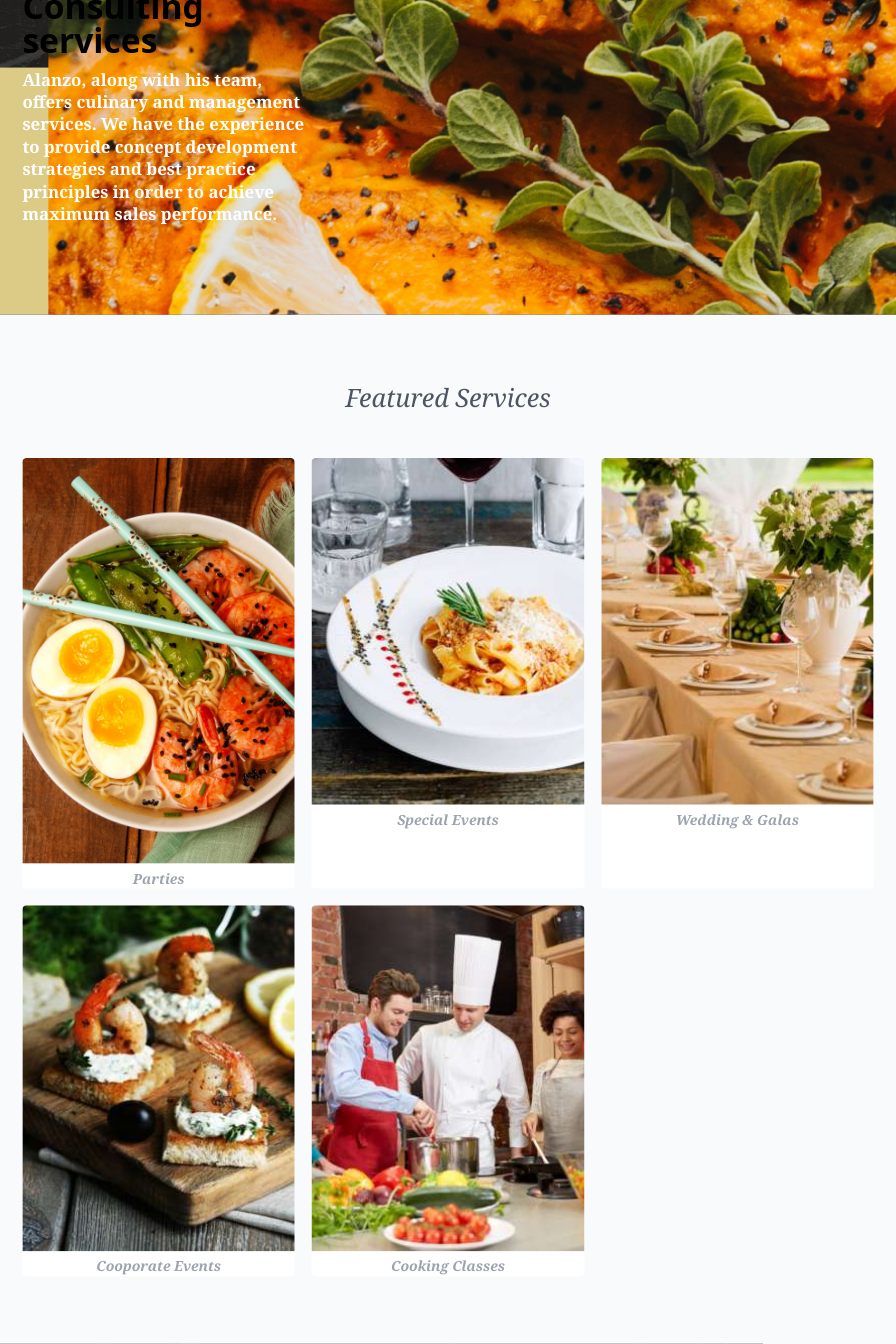
Repository: remydev47/alanzo
Page: /
The author's editor kept a copy of each file at every save. The page is drawn from the files as they stood at one save, then again after the next save.
The browser window is 1280 px wide. The pictures show the part of the page from y = 2185 to 4105 px (the page is 4105 px tall before and 4022 px after), at 70% of full size.
The project was rebuilt for these pictures with package versions that can differ from the ones it lists, and the page was loaded fresh each time. The framework's server and built-in components were replaced by stand-ins that run in the browser. Also part of the build but not shown: next.config.js, components/Menu.tsx, components/Testimonials.tsx, components/CTA.tsx, components/Footer.tsx.

Above is the page before, as saved 2022-12-17 13:11:54.

### pages/_app.tsx
import '../styles/globals.css'
import type { AppProps } from 'next/app'
import Navbar from '../components/Navbar'

function MyApp({ Component, pageProps }: AppProps) {
  return (
    <>

      <Component {...pageProps} />
    </>
  )
}

export default MyApp

### pages/index.tsx
import type { NextPage } from 'next'
import Head from 'next/head'
import Image from 'next/image'
import { Aboutus, Catering, Consulting, Hero, Services } from '../components'
import Navbar from '../components/Navbar'


const Home: NextPage = () => {
  return (
    <div className="bg-[url('/images/bg_2.jpg')]">
      <Head>
        <title>Avantos</title>
        <link rel="icon" href="/favicon.ico" />
      </Head>
      <Navbar />
      <Hero />
      <Services />
      <Aboutus />
      <Consulting />
      <Catering/>

    </div>
  )
}

export default Home

### components/index.ts
import Hero from "./Hero";
import Services from "./Services";
import Aboutus from "./Aboutus";
import Consulting from "./Consulting";
import Catering from "./Catering";
import Menu from "./Menu";
import Testimonials from "./Testimonials";
import CTA from "./CTA";
import Footer from "./Footer";

export {
    Hero, Services, CTA, Catering, Consulting, Footer, Menu, Aboutus, Testimonials
}

### components/Navbar.tsx
import React from 'react';
import { navLinks } from '../constants';
import Menupopover from './Menupopover';
import Image from 'next/image';
import Logo from './Logo';
import { Button } from './Button';

const Navbar = () => {
  return (
    <header className="fixed inset-x-0 bg-[url('/images/bg_2.jpg')] z-20 flex justify-between items-center py-2 px-2 shadow-lg dark:bg-slate-900 sm:py-3 sm:px-8">
            <div className='flex grow-0 basis-1/3 md:hidden'>
                <Menupopover />
            </div>

             <div className='flex grow-0 ml-2 justify-center md:justify-start'>
                <Logo />

            </div>


            <ul className="list-none sm:flex hidden justify-end items-center flex-1">
            {navLinks.map((nav, index) => (
                <li
                key={nav.id}
                className={`font-bold cursor-pointer text-[16px]
                   ${index === navLinks.length - 1 ? 'mr-0' : 'mr-10'}
                  text-white `}
                >
                    <a>{nav.title}</a>
                </li>
            ))}
           </ul>


        </header>
  )
}

export default Navbar

### components/Hero.tsx
import React from 'react'

const Hero = () => {
  return (
    <section className='relative pt-48 pb-12 xl:pt-60 sm:pb-16 lg:pb-32 xl:pb-48 2xl:pb-56'>
    <div className="absolute inset-0">
     <img className="object-cover w-full h-full" src="/images/hero.jpg" alt="" />
    </div>
   <div className='relative'>
    <div className="px-6 mx-auto sm:px-8 lg:px-12 max-w-7xl">
      <div className="w-full lg:w-2/3 xl:w-1/2">
        <h1 className="font-serif text-xl font-bold tracking-tight text-white text-opacity-70 text-center">Proffesional Catering Services</h1>
        <p className="mt-6 tracking-tighter text-[#656b72]">
          <span className="font-sans font-bold text-6xl">WELCOME TO OUR </span><br />
          <span className="font-serif italic font-BOLD text-7xl">WORLD CLASS CHEF</span>
        </p>
        <p className="mt-8 font-erif text-xl font-serif text-[#fff]">
          Hiring A Proffesional Chef for Family Dinners & Gatherings, Date Nights & Branchs, Parties & Get-togethers, and even Meal for entire Families !
        </p>
      </div>
    </div>
   </div>
  </section>
  )
}

export default Hero

### components/Services.tsx
import React from 'react'
import styles from '../styles'

const Services = () => {
  return (
    <section className={`${styles.paddings} bg-[url('/images/bg_2.jpg')] sm:py-16 lg:py-24`}>
      <div className="px-4 mx-auto max-w-7xl sm:px-6 lg:px-8">
       <div className="max-w-2xl mx-auto text-center">
        <h2 className="text-xl font-bold font-serif leading-tight text-white lg:text-3xl">What We Offer</h2>
       </div>

       <div className="grid max-w-md grid-cols-1 gap-6 mx-auto mt-8 text-center lg:max-w-full lg:mt-16 lg:grid-cols-3">

        <div className="overflow-hidden bg-[url('/images/bg-3.jpg')] shadow-xl border-gray-300 rounded-md">
          <div className="p-8 xl:px-12 flex flex-col items-center justify-center">
             <div className='flex flex-col'>
               <h1 className='text-3xl font-semibold text-[#fff]'>Catering Services</h1>
             </div>
             <h2 className='font-normal text-xl font-serif text-black text-center mt-2'>
               Wouldn't you Like to be a Guest at your own Party !
             </h2>
             <p className='text-xl text-black text-center font-bold'>
               MON-FRI: 08:00-21:00
             </p>
             <p className='text-xl text-gray-500 text-center font-bold'>
               SAT-SUN: 10:00-17:00
             </p>
          </div>
        </div>

        <div className="overflow-hidden bg-[url('/images/bg-4.jpg')] shadow-xl border-gray-300 rounded-md">
          <div className="p-8 xl:px-12 flex flex-col items-center justify-center">
             <div className='flex flex-col'>
               <h1 className='text-3xl font-semibold text-[#fff]'>Table Ready Meals</h1>
             </div>
             <h2 className='font-normal text-xl font-serif text-black text-center mt-2'>
               Are You Busy To Cook ? Give Us A Call
             </h2>
             <p className='text-xl text-black text-center font-bold'>
               MON-FRI: 08:00-21:00
             </p>
             <p className='text-xl text-gray-500 text-center font-bold'>
               SAT-SUN: 10:00-17:00
             </p>
          </div>
        </div>

        <div className="overflow-hidden bg-[url('/images/bg-5.jpg')] shadow-xl border-gray-300 rounded-md">
          <div className="p-8 xl:px-12 flex flex-col items-center justify-center">
             <div className='flex flex-col'>
               <h1 className='text-3xl font-semibold text-[#fff]'>Services Menu</h1>
             </div>
             <h2 className='font-normal text-xl font-serif text-black text-center mt-2'>
               Look at Our Serviced Menu !
             </h2>
             <p className='text-xl text-black text-center font-bold'>
               MON-FRI: 08:00-21:00
             </p>
             <p className='text-xl text-gray-500 text-center font-bold'>
               SAT-SUN: 10:00-17:00
             </p>
          </div>
        </div>



       </div>
      </div>
    </section>
  )
}

export default Services

### components/Aboutus.tsx
import React from 'react'

const Aboutus = () => {
  return (
    <section className="py-6 bg-[#fff] sm:py-16 lg:py-24">
      <div className="max-w-5xl px-4 mx-auto sm:px-6 lg:px-8">
       <div className="grid items-center grid-cols-1 gap-y-6 md:grid-cols-2 md:gap-x-20">
          <div className="">
                <h1 className='text-4xl font-semibold text-black text-center'>EXPERIENCE THE SUBLIME!</h1>
                <h2 className="text-4xl font-bold leading-tight text-black sm:text-4xl lg:text-4xl">
                  <img src='/images/spoon.png' />
                </h2>
                <p className="mt-4 text-base font-serif leading-relaxed text-gray-600 font-semibold">
                 Chef Alanzo prepares and serves exquisite dinners to parties from two to 200 at your home, business or private catering event. His blend of French-Mediterranean cuisine draws on a lifetime of skills and the knowledge that all meals, no matter how large or how small, are special events among family and friends
                </p>
          </div>
          <div className=" pl-20 pr-6 sm:pl-6 md:px-0">
                <div className="relative w-full max-w-xs mt-4 mb-10 ml-auto">
                 <img className="relative -top-4 -left-4" src="/images/bg-8.png" alt="" />



                    <div className="absolute -bottom-10 -left-16 m-2">


                          <div className="px-8 py-8 bg-[url('/images/bg_2.jpg')]">
                               <span className="block text-4xl font-bold text-yellow-500 lg:text-5xl"> 50+ </span>
                                <span className="block mt-2 text-base leading-tight text-yellow-500"> Team<br />Member</span>
                            </div>
                    </div>
                </div>
            </div>
       </div>
      </div>
    </section>
  )
}

export default Aboutus

### components/Consulting.tsx
import React from 'react'
import { conLinks } from '../constants'

const Consulting = () => {
  return (
    <section className="mt-16 relative py-10 overflow-hidden sm:py-16 lg:py-24 xl:py-32">
    <div className="absolute inset-0">
      <img className="object-cover w-full h-full md:object-left md:scale-150 md:origin-top-left" src="/images/welcome.png" alt="" />
   </div>
  <div className="relative px-4 mx-auto sm:px-6 lg:px-8 max-w-7xl">
     <div className="text-center md:w-2/3 lg:w-1/2 xl:w-1/3 md:text-left">
         <h2 className="text-3xl font-bold leading-tight text-black sm:text-4xl lg:text-5xl">Restaurant Consulting services</h2>
         <p className="mt-4 text-2xl text-[#fff] font-serif font-semibold">
          Alanzo, along with his team, offers culinary and management services. We have the experience to provide concept development strategies and best practice principles in order to achieve maximum sales performance.
         </p>
      </div>


  </div>
  </section>
  )
}

export default Consulting

### components/Catering.tsx
import React from 'react'

const services=[
  {
    image:'/images/4.png',
    title:'Parties',
    description:'',
  },
  {
    image:'/images/7.jpg',
    title:'Special Events',
    description:'',
  },
  {
    image:'/images/6.jpg',
    title:'Wedding & Galas',
    description:'',
  },
  {
    image:'/images/5.jpg',
    title:'Cooporate Events',
    description:'',
  },
  {
    image:'/images/8.jpg',
    title:'Cooking Classes',
    description:'',
  },
]

const Catering = () => {
  return (
    <section className="bg-gray-50 sm:py-16 lg:py-24">
      <div className="px-4 mx-auto max-w-7xl sm:px-6 lg:px-8">
       <div className="max-w-2xl mx-auto text-center">
        <h2 className="italic font-serif text-4xl leading-tight text-gray-600">Featured Services</h2>
       </div>
       <div className="grid max-w-md grid-cols-1 gap-6 mx-auto mt-8 text-center lg:max-w-full lg:mt-16 lg:grid-cols-3">
        {services.map((item, i) => (
          <div className="overflow-hidden bg-white border-gray-300 rounded-md">
            <div className="flex flex-col items-center justify-center">

              <img
               src={item.image}
               className="w-full"
             />

             <h2 className='font-bold font-serif text-xl text-gray-400 italic text-center mt-2'>
               {item.title}
             </h2>
             <p className='text-xl font-serif text-gray-300 text-center '>
              {item.description}
             </p>
            </div>
          </div>
        ))}
       </div>


      </div>
    </section>
  )
}

export default Catering

### constants/index.ts
export const navLinks =[
    {
        id:"menu",
        title:"MENU",
    },
    {
        id:"services",
        title:"SERVICES",
    },
    {
        id:"privatechef",
        title:"PRIVATE CHEF",
    },
    {
        id:"catering",
        title:"CATERING",
    },
    {
        id:"aboutus",
        title:"ABOUT",
    },
    {
        id:"contacts",
        title:"CONTACTS",
    },
]

export const conLinks =[
    {
        id:"discover",
        title:'DISCOVER',
    },
    {
        id:"plan",
        title:'PLAN',
    },
    {
        id:"design",
        title:'DESIGN',
    },
    {
        id:"organise",
        title:'ORGANISE',
    },
    {
        id:"grow",
        title:'GROW',
    },
]

### components/Menupopover.tsx
import React, {useState, Fragment} from 'react';
import { navLinks } from '../constants';
import { IconButton, Button } from './Button';
import { Transition, Dialog } from '@headlessui/react';
import Logo from './Logo';
import Image from 'next/image';

const Menupopover = () => {
  const [isOpen, setIsOpen] = useState(false)

  return (
    <div>
    <IconButton
      variant='ghost'
      aria-label='menu'
      onClick={() => setIsOpen(!isOpen)}
    >
      <svg className='w-6 h-6 ' fill='none' stroke='currentColor'>
        <path
          strokeLinecap='round'
          strokeLinejoin='round'
          strokeWidth={2}
          d='M4 6h16M4 12h16M4 18h16'
        />
      </svg>
    </IconButton>
    <Transition
      show={isOpen}
      appear
      as={Fragment}
      enter='transform transition ease-in-out duration-300'
      enterFrom='-translate-x-full'
      enterTo='translate-x-0'
      leave='transform transition ease-in-out duration-300 delay-200'
      leaveFrom='translate-x-0'
      leaveTo='-translate-x-full'
     >
     <Dialog
       as='div'
       className={`fixed inset-0 z-50`}
       onClose={setIsOpen}
       open={isOpen}
       >
       <Transition.Child
         as={Fragment}
         enter='ease-out duration-300 delay-300'
         enterFrom='opacity-0'
         enterTo='opacity-100'
         leave='ease-in duration-200'
         leaveFrom='opacity-100'
         leaveTo='opacity-0'
       >

        <Dialog.Overlay
          className={`fixed inset-0 bg-black/20 backdrop-blur-sm dark:bg-gray-900/80`}
         />
      </Transition.Child>
       <div className={styles.dialogcontainer}>
        <a className='mx-auto mt-4 flex w-[140px] '>
          <Logo />
        </a>
        <ul
            className={styles.navWrapper2}
         >
            {navLinks.map((nav, index) => (
                <li
                 key={nav.id}
                 className={` font-bold cursor-pointer text-[16px]
                  mt-2 border-t border-slate-200 py-4 dark:border-slate-600
                  ${index === navLinks.length - 1 ? 'mr-0' : 'mb-4'}
                  text-white `}
                >
                 <a href={`#${nav.id}`}>
                    {nav.title}
                 </a>
                </li>
             ))}
         </ul>

        <IconButton
          variant='ghost'
          aria-label='close menu'
          className='absolute top-5 right-5'
          onClick={() => setIsOpen(false)}
        >
          <svg
            viewBox='0 0 10 10'
            className='h-2.5 w-2.5 overflow-visible'
            aria-hidden='true'
          >
            <path
                d='M0 0L10 10M10 0L0 10'
                fill='none'
                stroke='currentColor'
                strokeWidth='2'
                strokeLinecap='round'
              />
          </svg>
        </IconButton>
       </div>
     </Dialog>
    </Transition>
  </div>
  )
}

export default Menupopover;

const styles ={
  dialogcontainer:`fixed top-0 bottom-0 left-0 w-full max-w-xs rounded-r-xl bg-[url('/images/bg_2.jpg')]  p-6 shadow-lg dark:bg-gray-800`,
  menuitems:`group relative flex h-9 items-center oveflow-hidden rounded-md hover:bg-slate-200/50`,
  navWrapper2:`list-none flex flex-col justify-end items-center flex-1`,
}

### components/Logo.tsx
import React from 'react'
import Image from 'next/image'

const Logo = () => {
  return (
    <div>
      <Image
        src='/images/logo.png'
        alt='Alanzo'
        height={60}
        width={150}
      />
    </div>
  )
}

export default Logo

### styles/index.ts
const styles = {
    innerWidth: '2xl:max-w-[1280px] w-full',
    interWidth: 'lg:w-[80%] w-[100%]',

    paddings: 'sm:p-16 xs:p-8 px-6 py-12',
    yPaddings: 'sm:py-16 xs:py-8 py-12',
    xPaddings: 'sm:px-16 px-6',
    topPaddings: 'sm:pt-16 xs:pt-8 pt-12',
    bottomPaddings: 'sm:pb-16 xs:pb-8 pb-12',

    flexCenter: 'flex justify-center items-center',
    flexStart: 'flex justify-start items-start',
    flexEnd: 'flex justify-end',
    navPadding: 'pt-[98px]',

    // hero section
    heroHeading:
        'font-bold lg:text-[144px] md:text-[100px] sm:text-[60px] text-[44px] lg:leading-[158.4px] md:leading-[114.4px] sm:leading-[74.4px] leading-[64.4px] uppercase text-white',
    heroDText:
        'md:w-[212px] sm:w-[80px] w-[60px] md:h-[108px] sm:h-[48px] h-[38px] md:border-[18px] border-[9px] rounded-r-[50px] border-white sm:mx-2 mx-[6px]',
  };

  export default styles;

### components/Button/index.tsx
import React, { forwardRef } from "react";
//import { __DEV__ } from "../../utils/assertions";

type BaseButtonProps = Omit<React.HTMLProps<HTMLButtonElement>, "size">;

/* === Button Element === */

export interface ButtonProps extends BaseButtonProps {
  children: React.ReactNode;
  fullWidth?: boolean;
  className?: string;
  variant?: "solid" | "outline" | "ghost";
  size?: "sm" | "md" | "lg";
  as?: string;
  isExternal?: boolean;
  type?: "button" | "submit" | "reset";
}

export const Button = forwardRef<HTMLButtonElement, ButtonProps>(
  (
    {
      children,
      variant = "solid",
      size = "md",
      fullWidth = false,
      className,
      as = "button",
      isExternal = false,
      ...rest
    },
    ref
  ) => {
    let tempClassNames: string[] = [];

    const sharedClasses = [
      "capitalize",
      "focus:outline-none",
      "focus:ring-2",
      "focus:ring-indigo-400",
      "focus:ring-offset-2",
      "focus:ring-offset-indigo-50",
      "font-semibold",
      "rounded-full",
      "inline-flex",
      "flex-shrink-0",
      "items-center",
      "justify-center",
      "transition-colors",
      "ease-in-out",
      "duration-500",
    ];

    if (fullWidth) sharedClasses.push("w-full");

    // handle variants
    let btnSolid = ["bg-indigo-600", "hover:bg-indigo-700", "text-white"];
    let btnOutline = [
      "dark:text-white",
      "hover:text-indigo-700",
      "hover:dark:text-indigo-700",
      "bg-transparent",
      "hover:bg-indigo-50",
      "border",
      "border-indigo-600",
    ];
    let btnGhost = [
      "bg-transparent",
      "dark:text-white",
      "hover:bg-indigo-50",
      "hover:text-indigo-700",
      "hover:dark:text-indigo-700",
    ];

    if (variant === "solid") {
      tempClassNames = [...sharedClasses, ...btnSolid];
    } else if (variant === "outline") {
      tempClassNames = [...sharedClasses, ...btnOutline];
    } else if (variant === "ghost") {
      tempClassNames = [...sharedClasses, ...btnGhost];
    }

    // handle sizes
    let sizeSm = ["h-8", "px-2", "text-sm"];
    let sizeMd = ["h-10", "px-3"];
    let sizeLg = ["h-12", "px-4", "text-lg"];

    if (size === "sm") {
      tempClassNames = [...tempClassNames, ...sizeSm];
    } else if (size === "md") {
      tempClassNames = [...tempClassNames, ...sizeMd];
    } else if (size === "lg") {
      tempClassNames = [...tempClassNames, ...sizeLg];
    }

    let classes = tempClassNames.join(" ");

    let Element = as ? (
      React.createElement(
        as,
        {
          className: `${classes} ${className}`,
          target: isExternal ? "_blank" : undefined,
          rel: isExternal ? "noopener noreferrer" : undefined,
          ref,
          ...rest,
        },
        children
      )
    ) : (
      <button {...rest} className={`${classes} ${className}`} ref={ref}>
        {children}
      </button>
    );

    return Element;
  }
);

// if (__DEV__) {
//   Button.displayName = "Button";
// }

/* === IconButton Element === */

export interface IconButtonProps extends ButtonProps {
  icon?: React.ReactElement;
  "aria-label": string;
}

export const IconButton = forwardRef<HTMLButtonElement, IconButtonProps>(
  (
    {
      children,
      icon,
      className,
      "aria-label": ariaLabel,
      size = "md",
      ...rest
    },
    ref
  ) => {
    let sharedClasses = ["rounded-full", "!px-0"];

    // handle sizes
    let sizeSm = ["w-8"];
    let sizeMd = ["w-10"];
    let sizeLg = ["w-12"];

    if (size === "sm") {
      sharedClasses = [...sharedClasses, ...sizeSm];
    } else if (size === "md") {
      sharedClasses = [...sharedClasses, ...sizeMd];
    } else if (size === "lg") {
      sharedClasses = [...sharedClasses, ...sizeLg];
    }

    /**
     * Passing the icon as prop or children should work
     */
    const element = icon || children;
    const _children = React.isValidElement(element)
      ? React.cloneElement(element as any, {
          "aria-hidden": true,
          focusable: false,
        })
      : null;

    let classes = sharedClasses.join(" ");
    return (
      <Button
        className={`${classes} ${className}`}
        aria-label={ariaLabel}
        size={size}
        {...rest}
        ref={ref}
      >
        {_children}
      </Button>
    );
  }
)

### tailwind.config.js
/** @type {import('tailwindcss').Config} */
module.exports = {
  content: [
    './pages/**/*.{js,ts,jsx,tsx}',
    './components/**/*.{js,ts,jsx,tsx}',
  ],
  theme: {
    extend: {
      backgroundImage: {
        'bg_2': "url('/images/bg_2.jpg')",
        'bg-3': "url('/images/bg-3.jpg')",
        'bg-4': "url('/images/bg-4.jpg')",
        'bg-5': "url('/images/bg-5.jpg')",
      },
      colors: {
        'primary-black': '#1A232E',
        'secondary-white': '#c7c7c7',
      },
    },
  },
  plugins: [],
}

Loaded but not shown: styles/globals.css (common file)

After the next save:
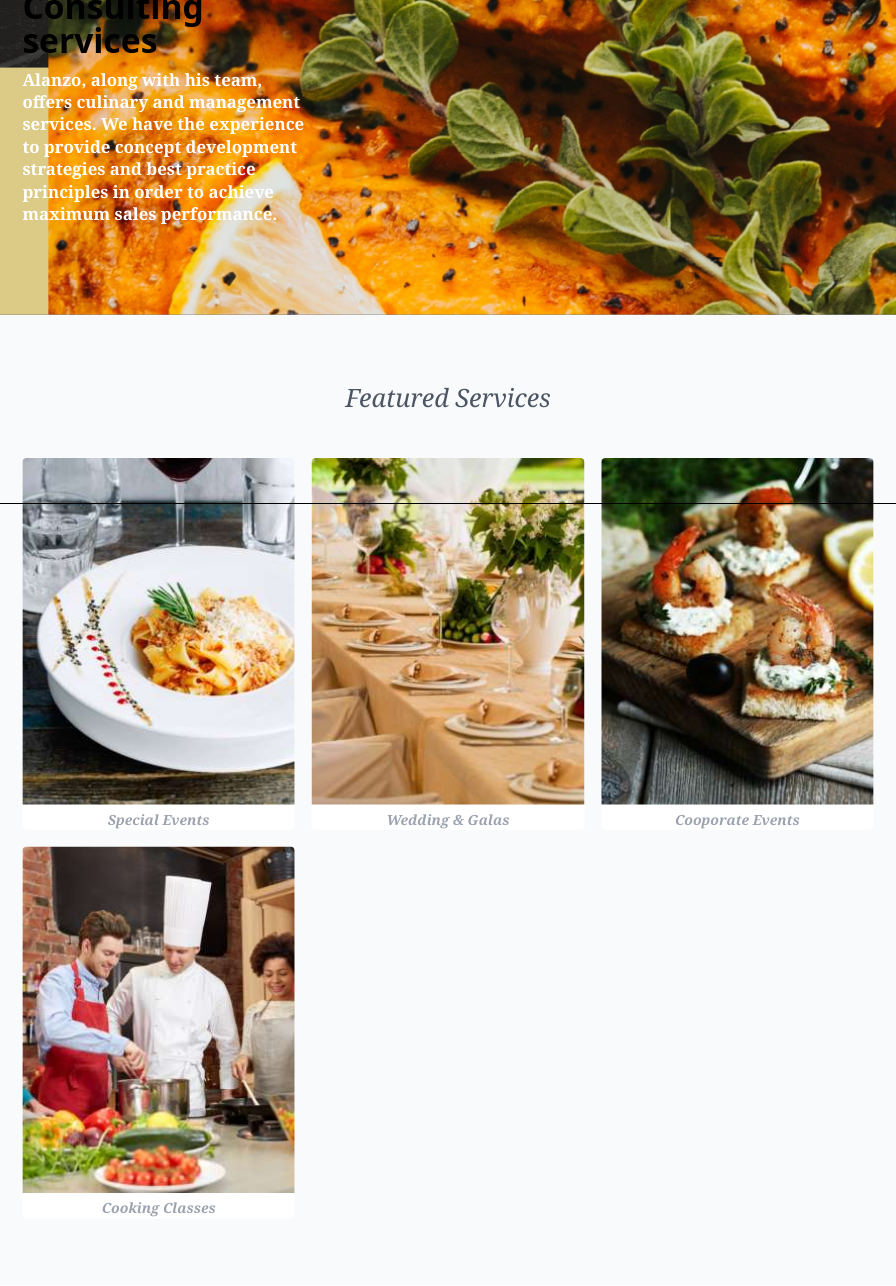
Saved 32 s later.
--- a/components/Catering.tsx
+++ b/components/Catering.tsx
@@ -1,11 +1,7 @@
 import React from 'react'
 
 const services=[
-  {
-    image:'/images/4.png',
-    title:'Parties',
-    description:'',
-  },
+
   {
     image:'/images/7.jpg',
     title:'Special Events',
